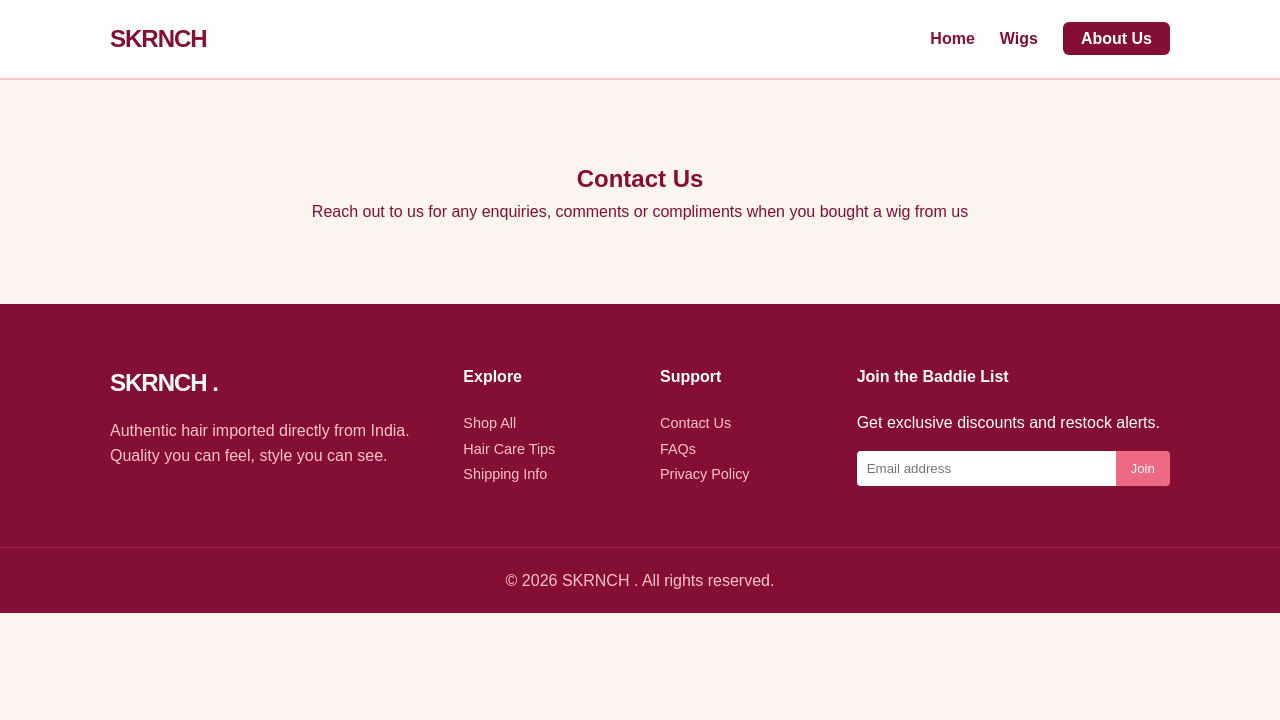
Repository: ndirituart/Portfolio
Page: contact.html
An editor plug-in stored every save of this project. The page is shown before and after the next save, followed by the edit.
The browser window is 1280 px wide. The pictures show the whole page.

Above is the page before, as saved 2026-01-23 18:49:35.

### contact.html
<!DOCTYPE html>
<html lang="en">
<head>
    <meta charset="UTF-8">
    <meta name="viewport" content="width=device-width, initial-scale=1.0">
    <title>SKRNCH  | Premium Indian Hair</title>
</head>
<body>

    <header class="main-header">
        <div class="container">
            <div class="logo">SKRNCH </div>
            <nav>
                <ul>
                    <li><a href="#">Home</a></li>
                    <li><a href="buywigs.html">Wigs</a></li>
                    <li><a href="about.html" class="btn-small">About Us</a></li>
                </ul>
            </nav>
        </div>
    </header>

    <main>
        <section class="hero" id="home">
            <div class="container">
                <div class="hero-content">
                    <h1>Contact Us</h1>
                    <p>Reach out to us for any enquiries, comments or compliments when you bought a wig from us</p>
                </div>
            </div>
        </section>


    </main>

    <footer class="main-footer">
        <div class="container footer-grid">
            <div class="footer-brand">
                <div class="logo" style="color: white;">SKRNCH <span>.</span></div>
                <p>Authentic hair imported directly from India. Quality you can feel, style you can see.</p>
            </div>
            <div class="footer-links">
                <h4>Explore</h4>
                <ul>
                    <li><a href="#">Shop All</a></li>
                    <li><a href="#">Hair Care Tips</a></li>
                    <li><a href="#">Shipping Info</a></li>
                </ul>
            </div>
            <div class="footer-links">
                <h4>Support</h4>
                <ul>
                    <li><a href="#">Contact Us</a></li>
                    <li><a href="#">FAQs</a></li>
                    <li><a href="#">Privacy Policy</a></li>
                </ul>
            </div>
            <div class="footer-contact">
                <h4>Join the Baddie List</h4>
                <p>Get exclusive discounts and restock alerts.</p>
                <div class="input-group">
                    <input type="email" placeholder="Email address">
                    <button>Join</button>
                </div>
            </div>
        </div>
        <div class="footer-bottom">
            <p>&copy; 2026 SKRNCH . All rights reserved.</p>
        </div>
    </footer>

</body>
</html>

<style>
    /* Color Palette: https://colorhunt.co/palette/fcf5eeffc4c4ee6983850e35 */
:root {
    --cream: #FCF5EE;
    --pink: #FFC4C4;
    --rose: #EE6983;
    --burgundy: #850E35;
    --max-width: 1100px;
}

* {
    margin: 0;
    padding: 0;
    box-sizing: border-box;
    font-family: 'Princess Siena', sans-serif;
}

body {
    background-color: var(--cream);
    color: var(--burgundy);
    line-height: 1.6;
}

.container {
    max-width: var(--max-width);
    margin: 0 auto;
    padding: 0 20px;
}

/* --- HEADER STYLING (Restored & Enhanced) --- */
.main-header {
    background: white;
    padding: 20px 0;
    position: sticky;
    top: 0;
    z-index: 1000;
    border-bottom: 2px solid var(--pink);
}

.main-header .container {
    display: flex;
    justify-content: space-between;
    align-items: center;
}

.logo {
    font-size: 1.5rem;
    font-weight: 800;
    color: var(--burgundy);
    letter-spacing: -1px;
}

nav ul {
    display: flex;
    list-style: none;
    align-items: center;
}

nav ul li { margin-left: 25px; }

nav ul li a {
    text-decoration: none;
    color: var(--burgundy);
    font-weight: 600;
    transition: 0.3s;
}

.btn-small {
    background: var(--burgundy);
    color: white !important;
    padding: 8px 18px;
    border-radius: 6px;
}

/* --- HERO & VIDEO --- */
.hero {
    padding: 80px 0;
    text-align: center;
}

.video-container {
    width: 60%; /* Keeps it centered and not too huge */
    margin: 40px auto 0;
    border-radius: 12px;
    overflow: hidden;
    background: #000;
    aspect-ratio: 16 / 9;
}

video {
    width: 100%;
    height: 100%;
}

/* --- GRID & CARDS (The "Slide" Fix) --- */
.media-grid {
    padding: 60px 0;
    background: white;
}

.grid {
    display: grid;
    grid-template-columns: repeat(auto-fit, minmax(300px, 1fr));
    gap: 30px;
    margin-top: 40px;
}

.media-card {
    background: var(--cream);
    border-radius: 12px;
    overflow: hidden;
    display: flex;
    flex-direction: column; /* Keeps text at the bottom */
    border: 1px solid var(--pink);
}

.image-wrapper {
    width: 100%;
    height: 300px;
    overflow: hidden;
    position: relative;
}

.image-wrapper img {
    width: 100%;
    height: 100%;
    object-fit: cover;
    /* Slide animation from Right to Left */
    animation: slideFromRight 1.5s ease-out;
}

@keyframes slideFromRight {
    from { transform: translateX(100%); opacity: 0; }
    to { transform: translateX(0); opacity: 1; }
}

.card-content {
    padding: 20px;
    flex-grow: 1; /* Pushes content to fill space */
    display: flex;
    flex-direction: column;
    justify-content: flex-end; /* Strictly aligns text to the bottom */
    text-align: center;
}

/* --- FOOTER STYLING (Restored) --- */
.main-footer {
    background: var(--burgundy);
    color: white;
    padding: 60px 0 20px;
}

.footer-grid {
    display: grid;
    grid-template-columns: 2fr 1fr 1fr 2fr;
    gap: 40px;
}

.footer-brand p { color: var(--pink); margin-top: 15px; }

.footer-links h4, .footer-contact h4 { margin-bottom: 20px; color: white; }

.footer-links ul { list-style: none; }

.footer-links ul li a {
    color: var(--pink);
    text-decoration: none;
    font-size: 0.9rem;
}

.input-group {
    display: flex;
    margin-top: 15px;
}

.input-group input {
    padding: 10px;
    border: none;
    border-radius: 4px 0 0 4px;
    flex: 1;
}

.input-group button {
    padding: 10px 15px;
    background: var(--rose);
    border: none;
    color: white;
    border-radius: 0 4px 4px 0;
    cursor: pointer;
}

.footer-bottom {
    text-align: center;
    margin-top: 60px;
    padding-top: 20px;
    border-top: 1px solid rgba(255,255,255,0.1);
    color: var(--pink);
}
</style>

After the next save:
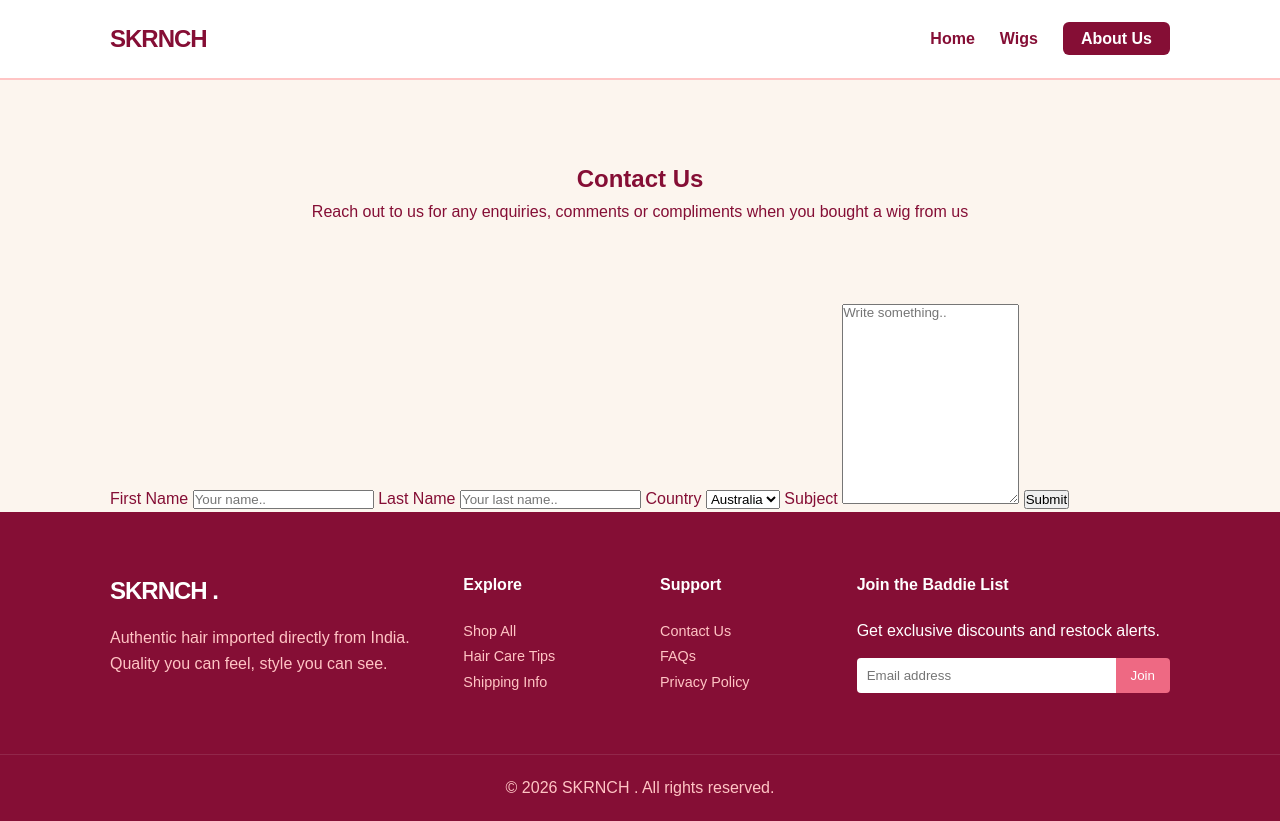
Saved 50 s later.
--- a/contact.html
+++ b/contact.html
@@ -30,7 +30,27 @@
             </div>
         </section>
 
-
+        <div class="container">
+  <form action="/action_page.php">
+    <label for="fname">First Name</label>
+    <input type="text" id="fname" name="firstname" placeholder="Your name..">
+
+    <label for="lname">Last Name</label>
+    <input type="text" id="lname" name="lastname" placeholder="Your last name..">
+
+    <label for="country">Country</label>
+    <select id="country" name="country">
+      <option value="australia">Australia</option>
+      <option value="canada">Canada</option>
+      <option value="usa">USA</option>
+    </select>
+
+    <label for="subject">Subject</label>
+    <textarea id="subject" name="subject" placeholder="Write something.." style="height:200px"></textarea>
+
+    <input type="submit" value="Submit">
+  </form>
+</div>
     </main>
 
     <footer class="main-footer">
